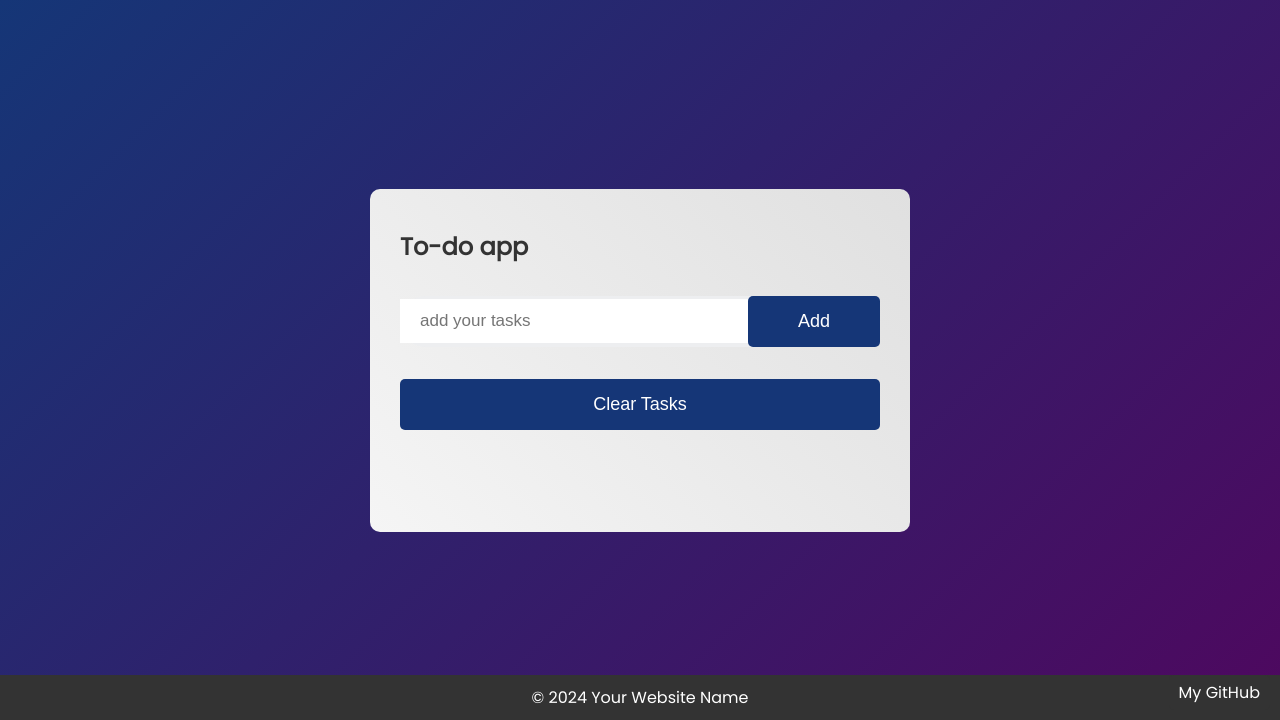
Repository: samoshi/To-do
Page: http://localhost/
An editor plug-in stored every save of this project. The page is shown before and after the next save, followed by the edit.
The browser window is 1280 px wide. The pictures show the whole page.
The page is served by the project's application, run on Flask 3 (app/app.py). Queries for data that is not in the repository find no rows.

Above is the page before, as saved 2024-01-14 22:27:00.

### app/templates/index.html
<!DOCTYPE html>
<html lang="en">

<head>
    <meta charset="UTF-8">
    <meta name="viewport" content="width=device-width, initial-scale=1.0">
    <title>To-Do list</title>
    <link rel="stylesheet" href="{{ url_for('static', filename='style.css') }}" />
    <script src="https://code.jquery.com/jquery-3.6.4.min.js"></script>
    <script src="{{ url_for('static', filename='script.js') }}"></script>
</head>

<body>
    <div class="container">
        <div class="todo-app">
            <div class="app-title">
                <h2>To-do app</h2>
                <i class="fa-solid fa-book-bookmark"></i>
            </div>
            <form action="/add_task" method="post">
                <div class="row">
                    <input type="text" name="title" id="input-box" placeholder="add your tasks" required>
                    <button class="add_button">Add</button>
                </div>
            </form>
            <button class="clear_button" onclick="clearTasks()">Clear Tasks</button>
            <ul id="list-container">
                {% for task in task_list %}
                    {% if task.complete == False %}
                            <li class="incomplete" onclick="toggleChecked(this)">
                                <a class="toggle" href="/complete/{{ task.id }}">{{ task.title }}</a>
                                <a class="remove" href="/remove/{{ task.id }}">X</a>
                            </li>
                    {% else %}
                            <li class="complete" onclick="toggleChecked(this)">
                                <a class="toggle" href="/complete/{{ task.id }}">{{ task.title }}</a>
                                <a class="remove" href="/remove/{{ task.id }}">X</a>
                            </li>
                        <!-- <a class="remove-task" href="/remove/{{ task.id }}">X</a> -->
                    {% endif %}
                {% endfor %}
            </ul>
        </div>
    </div>
    <div class="footer">
        &copy; 2024 Your Website Name
    </div>
    <a href="https://github.com/YourGitHubUsername" class="github-link" target="_blank">
        My GitHub
    </a>
</body>

</html>

### app/app.py
from flask import Flask, render_template, request, redirect, url_for, jsonify
from flask_sqlalchemy import SQLAlchemy

app = Flask(__name__)

app.config['SQLALCHEMY_DATABASE_URI'] = 'sqlite:///db.sqlite'
app.config['SQLALCHEMY_TRACK_MODIFICATIONS'] = False
db = SQLAlchemy(app)

class Task(db.Model):
    id = db.Column(db.Integer, primary_key=True)
    title = db.Column(db.String(100))
    complete = db.Column(db.Boolean)

# def save_tasks():
#     with open("tasks.json", "w") as file:
#         json.dump(tasks, file)


# # Load tasks from a file
# def load_tasks():
#     try:
#         with open("tasks.json", "r") as file:
#             lines = file.readlines()
#             tasks = []
#             for line in lines:
#                 parts = line.split(":")
#                 if len(parts) == 2:
#                     description, completed_str = parts
#                     completed = eval(completed_str)
#                     tasks.append({"description": description, "completed": completed})
#             return tasks
#     except FileNotFoundError:
#         return []  # Return an empty list if the file doesn't exist
#     except json.decoder.JSONDecodeError:
#         return []  # Return an empty list if there's an issue decoding JSON

# # Initialize tasks
# tasks = load_tasks()

@app.route('/')
def index():
    task_list = Task.query.all()
    return render_template('index.html', task_list=task_list)

@app.route('/add_task', methods=['POST'])
def add_task():
    title = request.form.get("title")
    new_task = Task(title=title, complete=False)
    db.session.add(new_task)
    db.session.commit()
    return redirect(url_for("index"))

@app.route("/update/<int:task_id>")
def update_task(task_id):
    task = Task.query.filter_by(id=task_id).first()
    task.complete = not task.complete
    db.session.commit()
    return redirect(url_for("index"))

@app.route('/complete/<int:task_id>')
def complete_task(task_id):
    task = Task.query.filter_by(id=task_id).first()
    if task:
        task.complete = not task.complete
        db.session.commit()
    return redirect(url_for('index'))

@app.route('/remove/<int:task_id>')
def remove_task(task_id):
    print("Remove task ()")
    task = Task.query.filter_by(id=task_id).first()
    print("Getting task", task_id)
    db.session.delete(task)
    print("deleted task")
    db.session.commit()
    return redirect(url_for('index'))

@app.route('/clear_tasks')
def clear_tasks():
    db.session.query(Task).delete()
    db.session.commit()
    return redirect(url_for('index'))


if __name__ == '__main__':
    db.create_all()
    app.run(host='0.0.0.0', port=5000, debug=True)

### app/static/style.css
@import url('https://fonts.googleapis.com/css2?family=Poppins&display=swap');


*, *:before, *:after{
    margin: 0;
    padding: 0;
    box-sizing: border-box;
}
body{
    font-family: 'Poppins', sans-serif;
}
.container{
    width: 100%;
    min-height: 100vh;
    background: linear-gradient(135deg, #153677, #4e085f);
    padding: 10px;
    display: flex;
    justify-content: center;
    align-items: center;
}
.todo-app{
    width: 100%;
    max-width: 540px;
    background: linear-gradient(45deg, #f5f5f5, #e0e0e0);
    padding: 40px 30px 70px;
    border-radius: 10px;
    display: flex;
    flex-direction: column;
    align-items: left;
    gap: 2rem;
}
.app-title{
    display: flex;
    gap: 1rem;
    align-items: center;
}
.app-title h2, .app-title i{
    color: #333333;
}
.app-title i{
    font-size: 26px;
}

.row{
    display: flex;
    align-items: center;
    justify-content: space-between;
    background-color: #edeef0;
    border-radius: 30px;
}
input{
    width: 100%;
    border: none;
    outline: none;
    background-color: 153677;
    color: #000000;
    padding: 12px;
    font-size: 17px;
    padding-left: 20px;
}

button:hover {
    cursor: pointer;
    filter: brightness(.8);
    background-color: #0e2a4b; /* Darker blue for input and button on hover */
}

input:hover {
    filter: brightness(.8);
    background-color: #ffffffa4; /* Darker blue for input and button on hover */
}

button.clear_button, button.add_button{
    border: none;
    cursor: pointer;
    outline: none;
    padding: 15px 50px;
    border-radius: 5px;
    background-color: #153677;
    color: #ffffff;
    font-size: 18px;
    transition: all .5s ;
}

@media screen and (max-width: 400px) {
    button {
        padding: 15px;
        border-radius: 0 30px 30px 0;
    }
}

li {
    font-size: 17px;
    margin-top: 5px;
    position: relative;
    transition: background-color 0.2s ease;
    border-radius: 10px;
    list-style-type: none;
    outline: 2px solid #7289da;
}

li a.toggle {
    display: block;
    font-size: 17px;
    padding: 12px 8px 12px 50px;
    text-decoration: none;
    color: #353535;
    transition: color 0.2s ease;
}

li.incomplete {
    background-color: #ffdddd; /* Red background for incomplete */
}

li.complete {
    background-color: #c2f0c2; /* Green background for complete */
}

/* li a:hover {

    background-color: #27ae60;
    color: #fff;
} */

li.incomplete a.toggle:hover {

    background-color: #ffaaaa;
    color: #000000;
}

li.complete a.toggle:hover {
    /* Optional: Add styles for hover effect */
    background-color: #a8e6a8; /* Lighter green hover effect for complete */
    color: #000000; /* Black text on hover for better contrast */
}

ul li::before {
    position: absolute;
    content: '';
    width: 24px;
    height: 24px;
    font-size: 18px;
    border-radius: 50%;
    left: 0;
    top: 50%;
    transform: translateY(-50%);
    line-height: 24px;
    text-align: center;
    transition: background-color 0.2s ease;
    pointer-events: none;
}

ul li.incomplete::before {
    content: 'X';
    color: #ff5945;
}

ul li.complete::before {
    content: '\2713';
    color: #07700e;
}


a.remove {
    position: absolute;
    top: 50%;
    right: 10px; /* Adjust the right distance as needed */
    transform: translateY(-50%);
    width: 24px; /* Adjust the width and height as needed */
    height: 24px;
    border-radius: 50%;
    text-align: center; /* Center the "X" within the circle */
    line-height: 24px; /* Center the "X" vertically */
    color: #555;
    font-size: 18px;
    transition: all 0.2s ease;
    text-decoration: none;
}

a.remove:hover {
    background-color: #c9c9c9;
    color: #fff;
}


.footer {
    background-color: #333;
    color: #fff;
    text-align: center;
    padding: 10px;
    position: fixed;
    bottom: 0;
    width: 100%;
}

.github-link {
    position: fixed;
    bottom: 10px;
    right: 10px;
    background-color: #333;
    color: #fff;
    padding: 5px 10px;
    border-radius: 5px;
    text-decoration: none;
    transition: background-color 0.3s ease;
}

.github-link:hover {
    background-color: #555;
}

### app/static/script.js
// // ...

// document.addEventListener("DOMContentLoaded", function () {
//     const inputBox = document.getElementById("input-box");
//     const button = document.querySelector("button");
//     const list = document.getElementById("list-container");

//     list.addEventListener("click", (e) => {
//         if (e.target.tagName === "LI") {
//             e.target.classList.toggle("checked");
//             saveData();
//         } else if (e.target.tagName === "SPAN") {
//             e.target.parentElement.remove();
//             saveData();
//         }
//     });

//     button.addEventListener("click", function () {
//         if (inputBox.value.trim() !== '') {
//             addTask(inputBox.value);
//         } else {
//             alert("Please enter a non-empty task.");
//         }
//     });

//     function addTask(description) {
//         // Make an AJAX request to the Flask server's /add_task route
//         fetch("/add_task", {
//             method: "POST",
//             headers: {
//                 "Content-Type": "application/json",
//             },
//             body: JSON.stringify({ description: description }),
//         })
//             .then(response => response.json())
//             .then(data => console.log(data))
//             .catch(error => console.error("Error:", error));
//     }

//     function showTask() {
//         // Fetch tasks from the Flask server's /tasks route
//         fetch("/tasks")
//             .then(response => response.json())
//             .then(tasks => {
//                 list.innerHTML = ""; // Clear the visible list
//                 tasks.forEach(task => {
//                     let li = document.createElement("li");
//                     li.innerHTML = task.description;
//                     if (task.completed) {
//                         li.classList.add("checked");
//                     }
//                     list.appendChild(li);
//                     let span = document.createElement("span");
//                     span.innerHTML = "x";
//                     li.appendChild(span);
//                 });
//             })
//             .catch(error => console.error("Error:", error));
//     }

//     window.addEventListener("load", showTask);

//     // Clear Tasks function
//     window.clearTasks = function () {
//         localStorage.removeItem("data");
//         list.innerHTML = ""; // Clear the tasks from the visible list
//     };
// });

After the next save:
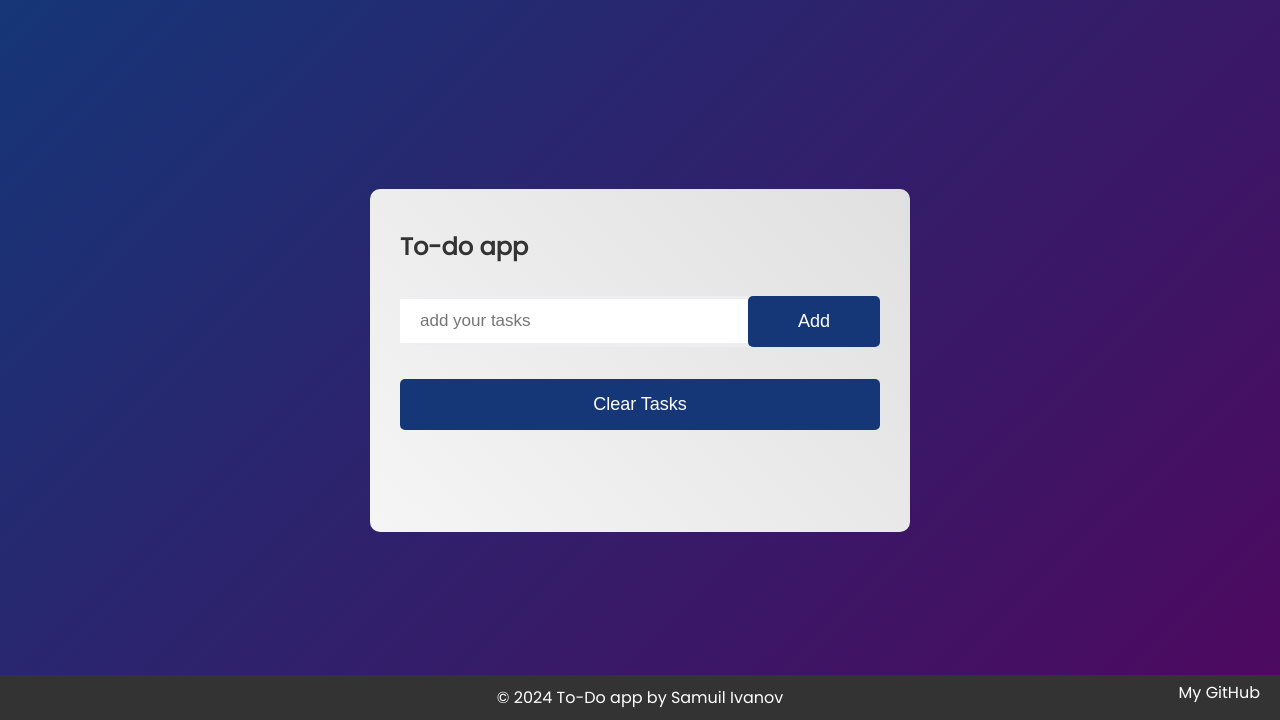
Saved 33 s later.
--- a/app/templates/index.html
+++ b/app/templates/index.html
@@ -43,7 +43,7 @@
         </div>
     </div>
     <div class="footer">
-        &copy; 2024 Your Website Name
+        &copy; 2024 To-Do app by Samuil Ivanov
     </div>
     <a href="https://github.com/YourGitHubUsername" class="github-link" target="_blank">
         My GitHub
